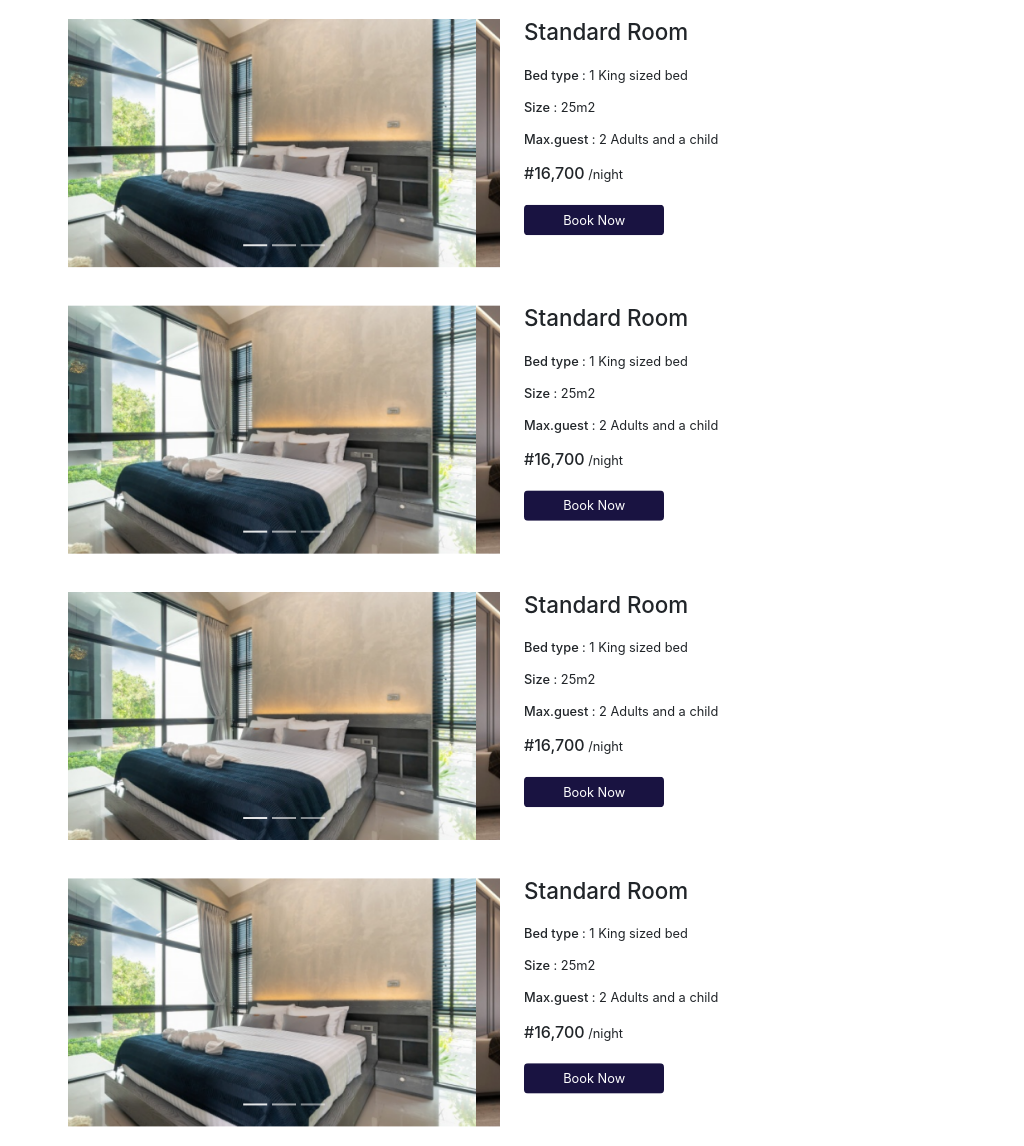
Repository: Syfon01/hotel-website
Page: room.html
An editor plug-in stored every save of this project. The page is shown before and after a run of saves, followed by the edit.
The browser window is 1280 px wide. The pictures show the whole page, at 80% of full size.

Above is the page before, as saved 2020-06-08 15:49:10.

After the next 3 saves:
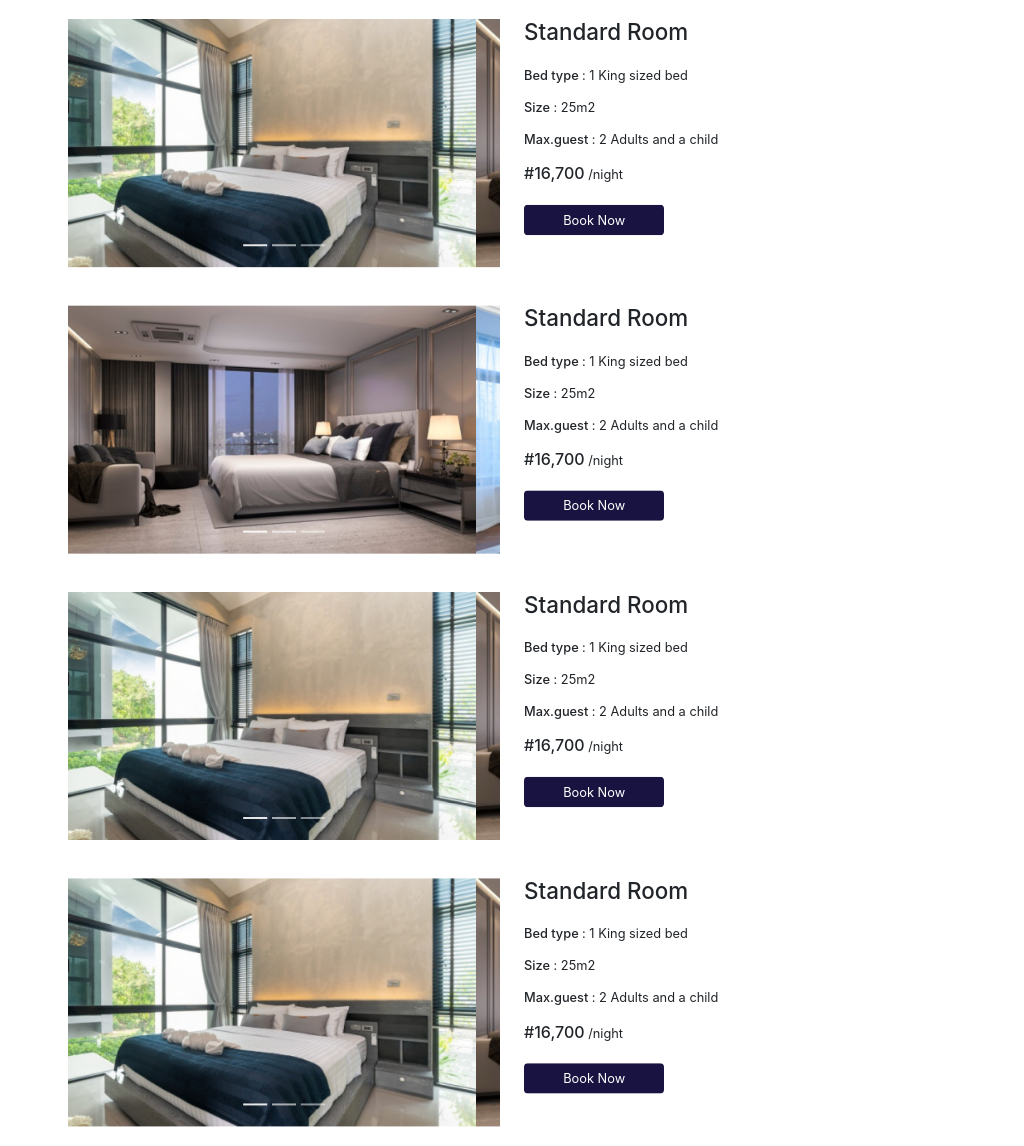
The 3 saves are shown as one change because they came seconds apart.
The last was saved 20 s later.
--- a/room.html
+++ b/room.html
@@ -54,13 +54,13 @@
               </ol>
               <div class="carousel-inner">
                 <div class="carousel-item active">
-                  <img src="./img/hotel1.png" class="d-block w-100 h-50 img-fluid" alt="...">
-                </div>
-                <div class="carousel-item">
-                  <img src="./img/hotel2.png" class="d-block w-100 img-fluid" alt="...">
+                  <img src="./img/hotel2.png" class="d-block w-100 h-50 img-fluid" alt="...">
                 </div>
                 <div class="carousel-item">
                   <img src="./img/hotel3.png" class="d-block w-100 img-fluid" alt="...">
+                </div>
+                <div class="carousel-item">
+                  <img src="./img/hotel4.png" class="d-block w-100 img-fluid" alt="...">
                 </div>
               </div>
 
